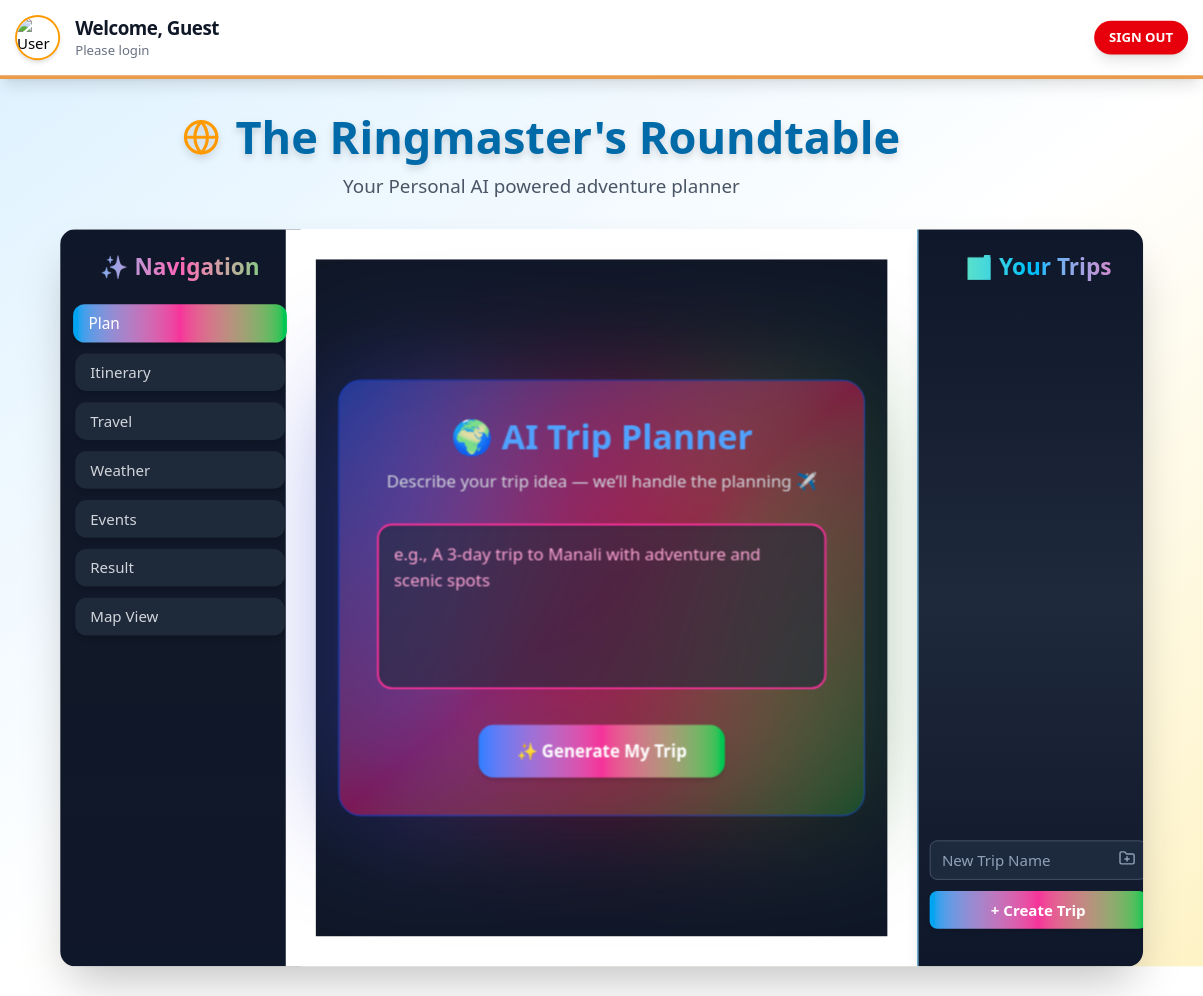
Repository: vega2006/The-Ringmaster-s-Roundtable
Page: /prompt (app in client/)
An editor plug-in stored every save of this project. The page is shown before and after the next save, followed by the edit.
The browser window is 1280 px wide. The pictures show the whole page, at 94% of full size.
The page's requests for data from a server got no answer. The project was rebuilt for these pictures with package versions that can differ from the ones it lists, and the page was loaded fresh each time. No one was signed in, and anything a server would have sent is missing. Also part of the build but not shown: client/vite.config.js, client/src/components/GoogleLogin.jsx, client/src/components/NotFound.jsx, client/src/components/Sidebar.jsx, client/src/components/PlanInput.jsx, client/src/components/WeatherContent.jsx, client/src/components/TravelContent.jsx, client/src/components/ItineraryContent.jsx and 9 more.

Above is the page before, as saved 2025-10-10 20:49:02.

### client/src/App.jsx


import { GoogleOAuthProvider } from "@react-oauth/google";
import GoogleLogin from "./components/GoogleLogin";
import { BrowserRouter, Route, Routes, Navigate } from 'react-router-dom';
import { useState } from 'react';
import RefreshHandler from './components/RefreshHandler';
import NotFound from './components/NotFound';
import Dashboard from "./pages/Dashboard";
import Home from "./pages/Home";
import AIDashboard from "./pages/AIDashboard";
export default function App() {
  const [isAuthenticated, setIsAuthenticated] = useState(false);

  const GoogleWrapper = () => (
    <GoogleOAuthProvider clientId="1054190178825-cc3eg87b9uvh9hfn384ge5sqe5hq9l5v.apps.googleusercontent.com">
      <GoogleLogin />
    </GoogleOAuthProvider>
  );

  const PrivateRoute = ({ element }) => {
    return isAuthenticated ? element : element;
  };

  return (
    <BrowserRouter>
      <RefreshHandler setIsAuthenticated={setIsAuthenticated} />
      <Routes>
        {/* Public route for the Home page, where users can sign in */}
        <Route path="/" element={<Home isAuthenticated={isAuthenticated} />} />

        {/* This is the login page. Redirect to home after login. */}
        <Route path="/login" element={<GoogleWrapper />} />

        {/* This is the protected dashboard route */}
        <Route path='/dashboard' element={<PrivateRoute element={<Dashboard />} />} />
         <Route path='/prompt' element={<PrivateRoute element={<AIDashboard />} />} />

        {/* Catch-all route for invalid URLs */}
        <Route path="*" element={<NotFound />} />
      </Routes>
    </BrowserRouter>
  );
}

### client/src/components/RefreshHandler.jsx
import React, { useEffect } from 'react';
import { useLocation, useNavigate } from 'react-router-dom';

function RefrshHandler({ setIsAuthenticated }) {
    const location = useLocation();
    const navigate = useNavigate();

    useEffect(() => {
        const data = localStorage.getItem('user-info');
        const token = JSON.parse(data)?.token;
        if (token) {
            setIsAuthenticated(true);
            if (location.pathname === '/' ||
                location.pathname === '/login'
            ) {
                navigate('/dashboard', { replace: false });
            }
        }
    }, [location, navigate, setIsAuthenticated])

    return (
        null
    )
}

export default RefrshHandler

### client/src/pages/AIDashboard.jsx
import { TripProvider } from "../contexts/TripContext";
import AppHeader from "../components/AppHeader";
import PromptBasedSidebar from "../components/PromptBasedSideBar";
import MainContent from "../components/MainContent";
import AIContentRouter from "../components/AIContentRouter";
import React, { useEffect, useState } from 'react'
import { useNavigate } from 'react-router-dom';
import RightSidebar from "../components/TabBar";
const AIDashboard = () => {

  const [userInfo, setUserInfo] = useState(null);
  const navigate = useNavigate();

  useEffect(() => {
    const data = localStorage.getItem('user-info');
    const userData = JSON.parse(data);
    setUserInfo(userData);
  }, [])

  const handleLogout = () => {
    localStorage.removeItem('user-info');
    navigate('/login');
  }


  return (
    <div>
      <div className="sticky top-0 z-10 bg-white shadow-lg p-3 sm:p-4 border-b-4 border-amber-600/70">
        <div className="max-w-7xl mx-auto flex justify-between items-center">

          {/* User Info Display */}
          <div className="flex items-center space-x-4">
            <img
              className="w-12 h-12 rounded-full object-cover shadow-md border-2 border-amber-500"
              src={userInfo?.image}
              alt={userInfo?.name || 'User'}
              onError={(e) => { e.target.onerror = null; e.target.src = "https://placehold.co/40x40/FFC107/333?text=?" }}
            />
            <div className="hidden sm:block">
              <h1 className="text-xl font-bold text-gray-900 tracking-tight">Welcome, {userInfo?.name || 'Guest'}</h1>
              <h3 className="text-sm text-gray-500">{userInfo?.email || 'Please login'}</h3>
            </div>
            <div className="sm:hidden text-lg font-bold text-gray-900">
              {userInfo?.name ? `Hello, ${userInfo.name.split(' ')[0]}!` : 'Hello!'}
            </div>
          </div>

          {/* Logout Button (Stylized and positioned on the right) */}
          <button
            onClick={handleLogout}
            className="px-4 py-2 bg-red-600 text-white font-semibold rounded-full shadow-lg hover:bg-red-700
                                   transition duration-150 transform hover:scale-[1.02] active:scale-95
                                   focus:outline-none focus:ring-4 focus:ring-red-300 uppercase text-sm"
          >
            Sign Out
          </button>
        </div>
      </div>

      <TripProvider>

        <div className="min-h-screen bg-gradient-to-br from-sky-100 via-white to-amber-100 font-inter">
          <AppHeader />
          <div className="max-w-6xl mx-auto grid grid-cols-1 md:grid-cols-[240px_1fr_240px] bg-white shadow-2xl rounded-2xl overflow-hidden mt-4 mb-8">
            <PromptBasedSidebar />  {/* Left Sidebar */}

            <MainContent>
              <AIContentRouter />
            </MainContent>        {/* Main content */}

            <RightSidebar userId={userInfo?.id} /> {/* Right Sidebar */}
          </div>

        </div>
      </TripProvider>

    </div>
  )
}
export default AIDashboard

### client/src/api/api.jsx
import axios from "axios";

const API_BASE = `${import.meta.env.VITE_BACKEND_URL}/api`;


const api = axios.create({
    baseURL: "http://localhost:4000/auth/",
    // withCredentials: true,
});

export const googleAuth = (code) => api.get(`/google?code=${code}`);


export const getWeather = (city, travelDate) =>
  axios.get(`${API_BASE}/weather?city=${encodeURIComponent(city)}&travelDate=${encodeURIComponent(travelDate)}`);
;

export const getRoute = (origin, destination, travelDate) =>
  axios.get(`${API_BASE}/maps?origin=${encodeURIComponent(origin)}&destination=${encodeURIComponent(destination)}&travelDate=${encodeURIComponent(travelDate)}`);


export const getEvents = (destination, startTravelDate, endTravelDate) =>
  axios.get(`${API_BASE}/events`, {
    params: {
      city: destination,
      startDate: startTravelDate,
      endDate: endTravelDate,
    },
  });

export const getTripBudget = async (payload) => {
  // console.log(payload);
  return axios.post(`${API_BASE}/budget`, payload);
};


export const getItinerary = async (destination,startDate, endDate) => {
  return axios.post(`${API_BASE}/itinerary/generate`, {
      destination,
      startDate,
      endDate,
    });
};

### client/src/contexts/TripContext.jsx
import { createContext, useContext, useState, useMemo } from "react";
import { getWeather, getRoute, getTripBudget } from "../api/api";
import { API_URL, RESPONSE_SCHEMA } from "../utils/constants";

const TripContext = createContext(null);

export const useTrip = () => {
  const context = useContext(TripContext);
  if (!context) throw new Error("useTrip must be used within a TripProvider");
  return context;
};
const calculateDuration = (start, end) => {
  if (!start || !end) return 0;

  const startDate = new Date(start + "T00:00:00Z");
  const endDate = new Date(end + "T00:00:00Z");

  if (isNaN(startDate.getTime()) || isNaN(endDate.getTime())) return 0;

  const timeDifference = endDate.getTime() - startDate.getTime();

  const dayDifference = Math.round(timeDifference / (1000 * 3600 * 24));

  return Math.max(1, dayDifference + 1);
};
export const TripProvider = ({ children }) => {
  const [itinerary,setItinerary]=useState([]);
  const [events,setEvents]=useState([]);
  const [AIResult,setAIResult]=useState("");
  const [prompt, setPrompt] = useState("");
  const [tripPlan, setTripPlan] = useState(null);
  const [isLoading, setIsLoading] = useState(false);
  const [error, setError] = useState(null);
  const [tabId,setTabId]=useState(null);
  const [city, setCity] = useState("");
  const [origin, setOrigin] = useState("");
  const [destination, setDestination] = useState("");
  const [startTravelDate, setStartTravelDate] = useState("");
  const [endTravelDate, setEndTravelDate] = useState("");

  const [activeTab, setActiveTab] = useState("Plan");
  const [manualWeather, setManualWeather] = useState(null);
  const [manualRoute, setManualRoute] = useState([]);

  const [eventsCache, setEventsCache] = useState({});
  const [budgetEstimate, setBudgetEstimate] = useState(null);
  const [numPeople, setNumPeople] = useState(1);

  const isLLMPlanning = useMemo(() => prompt.trim().length > 0, [prompt]);
  const isManualLookup = useMemo(
    () => !isLLMPlanning && (city || (origin && destination)),
    [isLLMPlanning, city, origin, destination]
  );
  const isResultAvailable = tripPlan || manualWeather || manualRoute;

  const generateTripPlan = async () => {
    if (!isLLMPlanning && !isManualLookup) {
      setError(
        "Please enter a detailed prompt OR fill out the City/Route fields."
      );
      return;
    }

    setIsLoading(true);
    setError(null);
    setTripPlan(null);
    setManualWeather(null);
    setManualRoute(null);

    if (isLLMPlanning) {
      // setActiveTab("Itinerary");
      // let fullPrompt = prompt;
      // if (city) fullPrompt += ` (Focus City: ${city})`;
      // if (origin && destination)
      //   fullPrompt += ` (Route: ${origin} to ${destination})`;
      // if (startTravelDate) fullPrompt += ` (Starting Date: ${startTravelDate})`;

      // const payload = {
      //   contents: [{ parts: [{ text: fullPrompt }] }],
      //   systemInstruction: {
      //     parts: [{ text: "Generate a structured trip plan." }],
      //   },
      //   generationConfig: {
      //     responseMimeType: "application/json",
      //     responseSchema: RESPONSE_SCHEMA,
      //   },
      //   tools: [{ google_search: {} }],
      // };

      // try {
      //   const res = await fetch(API_URL, {
      //     method: "POST",
      //     headers: { "Content-Type": "application/json" },
      //     body: JSON.stringify(payload),
      //   });

      //   const result = await res.json();
      //   const jsonText = result.candidates?.[0]?.content?.parts?.[0]?.text;
      //   setTripPlan(jsonText ? JSON.parse(jsonText) : null);
      // } catch (err) {
      //   setError(`Failed to process the plan: ${err.message}`);
      // }
    } else {
      setActiveTab("Weather");
      const tripDuration = calculateDuration(startTravelDate, endTravelDate);
      setTripPlan({ ...tripPlan, duration_days: tripDuration });
      if (city && startTravelDate) {
        const weatherRes = await getWeather(city, startTravelDate);
        setManualWeather(weatherRes.data);
        // console.log(weatherRes.data);
      }
      if (origin && destination && startTravelDate) {
        const routeRes = await getRoute(origin, destination, startTravelDate);
        setManualRoute({
          origin,
          destination,
          routes:routeRes.data,
        });
      }
      if (origin && destination && startTravelDate && endTravelDate) {
            try {
                const tripData = {
                    origin,
                    destination,
                    startTravelDate,
                    endTravelDate,

                    numPeople: numPeople,
                };


                const budgetRes = await getTripBudget(tripData);
                // console.log(budgetRes.data);


                setBudgetEstimate(budgetRes.data);
                // console.log(budgetEstimate);

                setActiveTab("Budget");

            } catch (err) {
                console.error("Budget estimation failed:", err);
                setError("Failed to calculate budget. Please check server connection.");
            }
        }
    }
    setIsLoading(false);
  };

  return (
    <TripContext.Provider
      value={{
        activeTab,
        setActiveTab,
        isLoading,
        error,
        isResultAvailable,
        prompt,
        setPrompt,
        city,
        setCity,
        origin,
        setOrigin,
        destination,
        setDestination,
        startTravelDate,
        setStartTravelDate,
        endTravelDate,
        setEndTravelDate,
        tripPlan,
        manualWeather,
        setManualWeather,
        manualRoute,
        setManualRoute,
        generateTripPlan,
        isLLMPlanning,
        isManualLookup,
        eventsCache,
        setEventsCache,
        numPeople,
        setNumPeople,
        budgetEstimate,
        setBudgetEstimate,
        events,
        setEvents,
        itinerary,
        setItinerary,
        AIResult,
        setAIResult,
        tabId,
        setTabId
      }}
    >
      {children}
    </TripContext.Provider>
  );
};

### client/src/components/AppHeader.jsx
import React from 'react';
import { Globe } from 'lucide-react';

const AppHeader = () => (
    <div className="w-full max-w-6xl text-center pt-8 pb-4">
        <h1 className="text-4xl sm:text-5xl font-extrabold text-sky-700 drop-shadow-lg leading-tight flex items-center justify-center">
            <Globe className="w-8 h-8 sm:w-10 sm:h-10 mr-4 text-amber-500" />
            The Ringmaster's Roundtable
        </h1>
        <p className="text-center text-lg sm:text-xl text-gray-600 mt-2">Your Personal AI powered adventure planner</p>
    </div>
);

export default AppHeader;

### client/src/components/MainContent.jsx
export default function MainContent({ children }) {
  return (
    <main className="p-8 bg-white overflow-y-auto">
      {children}
    </main>
  );
}

### client/src/components/PlanByPrompt.jsx
import { useState } from "react";
import { useTrip } from "../contexts/TripContext";
import { motion } from "framer-motion";

const getTodayDate = () => {
  const today = new Date();
  const year = today.getFullYear();
  const month = String(today.getMonth() + 1).padStart(2, "0");
  const day = String(today.getDate()).padStart(2, "0");
  return `${year}-${month}-${day}`;
};

export default function PlanByPrompt() {
  const [prompt, setPrompt] = useState("");
  const [isLoading, setIsLoading] = useState(false);
  const {
    setActiveTab,
    setOrigin,
    setDestination,
    setManualWeather,
    setItinerary,
    setManualRoute,
    setEvents,
    setAIResult,
    tabId
  } = useTrip();

  const userData = JSON.parse(localStorage.getItem("user-info"));
  const userId = userData?.userId;

  const generate = async () => {
    if (!prompt.trim()) {
      alert("Please describe your trip before generating!");
      return;
    }

    setIsLoading(true);
    try {
      const response = await fetch("http://localhost:4000/api/mcp-server", {
        method: "POST",
        headers: { "Content-Type": "application/json" },
        body: JSON.stringify({ prompt, userId, tripId: tabId }),
      });

      const data = await response.json();
      setOrigin(data.trip.origin);
      setDestination(data.trip.destination);
      setManualWeather(data.trip.weather);
      setItinerary(data.trip.itinerary);
      setManualRoute({
        origin: data.trip.origin,
        destination: data.trip.destination,
        routes: data.trip.route,
      });
      setEvents(data.trip.events);
      setAIResult(data.trip.finalResponse.kwargs.content);
      setActiveTab("Result");
    } catch (err) {
      console.error("Error generating trip plan:", err);
      alert("Failed to generate trip plan. Please try again.");
    } finally {
      setIsLoading(false);
    }
  };

  return (
    <div className="min-h-screen flex items-center justify-center bg-gray-900 p-6">
      <motion.div
        initial={{ opacity: 0, y: 40 }}
        animate={{ opacity: 1, y: 0 }}
        transition={{ duration: 0.6, ease: "easeOut" }}
        className="relative w-full max-w-3xl rounded-3xl shadow-2xl bg-gradient-to-br from-blue-900 via-pink-900 to-green-900/80 border border-blue-700 p-10 backdrop-blur-md"
      >
        {/* Header */}
        <h1 className="text-4xl font-extrabold text-center mb-3 text-blue-400">
          🌍 AI Trip Planner
        </h1>
        <p className="text-gray-300 text-center mb-8 text-lg">
          Describe your trip idea — we’ll handle the planning ✈️
        </p>

        {/* Prompt Box */}
        <motion.textarea
          whileFocus={{ scale: 1.02 }}
          placeholder="e.g., A 3-day trip to Manali with adventure and scenic spots"
          value={prompt}
          onChange={(e) => setPrompt(e.target.value)}
          rows="5"
          className="w-full p-4 rounded-2xl border-2 border-pink-500 shadow-inner focus:ring-2 focus:ring-green-400 outline-none text-lg resize-none bg-gray-800/60 text-white placeholder-pink-300 transition-all duration-200"
        />

        {/* Generate Button */}
        <div className="flex justify-center mt-8">
          <motion.button
            whileHover={{ scale: 1.05 }}
            whileTap={{ scale: 0.97 }}
            onClick={generate}
            disabled={isLoading}
            className={`px-10 py-3.5 text-lg font-semibold rounded-2xl shadow-md transition-all duration-300
              ${
                isLoading
                  ? "bg-green-600 cursor-not-allowed text-gray-200"
                  : "bg-gradient-to-r from-blue-500 via-pink-500 to-green-500 text-white hover:shadow-lg"
              }`}
          >
            {isLoading ? "Planning your adventure..." : "✨ Generate My Trip"}
          </motion.button>
        </div>

        {/* Decorative Glow */}
        <div className="absolute -z-10 inset-0 rounded-3xl blur-3xl opacity-50 bg-gradient-to-r from-blue-700 via-pink-700 to-green-700"></div>
      </motion.div>
    </div>
  );
}

### client/src/components/PromptBasedSideBar.jsx
import { useTrip } from "../contexts/TripContext";
import { TABS } from "../utils/PromptBasedConstants";

export default function PromptBasedSidebar() {
  const { activeTab, setActiveTab, isResultAvailable } = useTrip();

  return (
    <aside className="bg-gradient-to-b from-[#0f172a] via-[#111827] to-[#0f172a] border-r border-gray-800 py-6 px-4 w-64 flex flex-col shadow-xl overflow-y-auto scrollbar-thin scrollbar-thumb-sky-600 scrollbar-track-sky-900">
      <h2 className="text-2xl font-semibold mb-6 text-center text-transparent bg-clip-text bg-gradient-to-r from-sky-400 via-pink-400 to-green-400">
        ✨ Navigation
      </h2>

      <nav className="flex flex-col space-y-3">
        {TABS.map((tab) => {
          const isDisabled = tab !== "Plan" && !isResultAvailable;
          const isActive = activeTab === tab;

          return (
            <button
              key={tab}
              disabled={isDisabled}
              onClick={() => !isDisabled && setActiveTab(tab)}
              className={`px-4 py-2 rounded-xl font-medium text-left transition-all duration-300 shadow-md
                ${
                  isActive
                    ? "bg-gradient-to-r from-sky-500 via-pink-500 to-green-500 text-white shadow-lg scale-[1.02]"
                    : "bg-gray-800 text-gray-300 hover:bg-gradient-to-r hover:from-sky-900 hover:via-pink-900 hover:to-green-900 hover:text-white"
                }
                ${isDisabled ? "opacity-50 cursor-not-allowed" : ""}
              `}
            >
              {tab}
            </button>
          );
        })}
      </nav>
    </aside>
  );
}

### client/src/components/AIContentRouter.jsx
import { useTrip } from "../contexts/TripContext";
import PlanByPrompt from "./PlanByPrompt";
import WeatherContent from "./WeatherContent";
import TravelContent from "./TravelContent";
import PromptBasedItinerary from "./PromptBasedItinerary";
import BudgetContent from "./BudgetContent";
import PromptBasedEvents from "./PromptBasedEvents";
import AIresult from "./AIresult";
import GoogleMapView from "./GoogleMapView";
export default function AIContentRouter() {
  const { activeTab } = useTrip();

  switch (activeTab) {
    case "Plan": return <PlanByPrompt/>;
    case "Result": return <AIresult/>;
    case "Weather": return <WeatherContent />;
    case "Travel": return <TravelContent />;
    case "Itinerary": return <PromptBasedItinerary/>;
    case "Budget": return <BudgetContent />;
    case "Events": return < PromptBasedEvents/>;
    case "Map View": return < GoogleMapView/>;
    default: return <PlanByPrompt />;
  }
}

### client/src/utils/constants.jsx
export const API_KEY = "";
export const API_URL = `https://generativelanguage.googleapis.com/v1beta/models/gemini-2.5-flash-preview-05-20:generateContent?key=${API_KEY}`;

export const TABS = ["Plan", "Itinerary", "Budget", "Travel", "Weather", "Events","Result"];

export const RESPONSE_SCHEMA = {
  type: "OBJECT",
  properties: {
    destination: { type: "STRING" },
    duration_days: { type: "NUMBER" },
    summary: { type: "STRING" },
    itinerary: {
      type: "ARRAY",
      items: {
        type: "OBJECT",
        properties: {
          day: { type: "NUMBER" },
          date: { type: "STRING" },
          activities: { type: "ARRAY", items: { type: "STRING" } },
        },
      },
    },
  },
};

### client/src/utils/PromptBasedConstants.jsx
export const API_KEY = "";
export const API_URL = `https://generativelanguage.googleapis.com/v1beta/models/gemini-2.5-flash-preview-05-20:generateContent?key=${API_KEY}`;

export const TABS = ["Plan", "Itinerary","Travel", "Weather", "Events","Result","Map View"];

export const RESPONSE_SCHEMA = {
  type: "OBJECT",
  properties: {
    destination: { type: "STRING" },
    duration_days: { type: "NUMBER" },
    summary: { type: "STRING" },
    itinerary: {
      type: "ARRAY",
      items: {
        type: "OBJECT",
        properties: {
          day: { type: "NUMBER" },
          date: { type: "STRING" },
          activities: { type: "ARRAY", items: { type: "STRING" } },
        },
      },
    },
  },
};

Loaded but not shown: client/index.html (common file); client/src/main.jsx (common file); client/src/index.css (common file); client/src/components/TabBar.jsx (186 lines, source omitted)

After the next save:
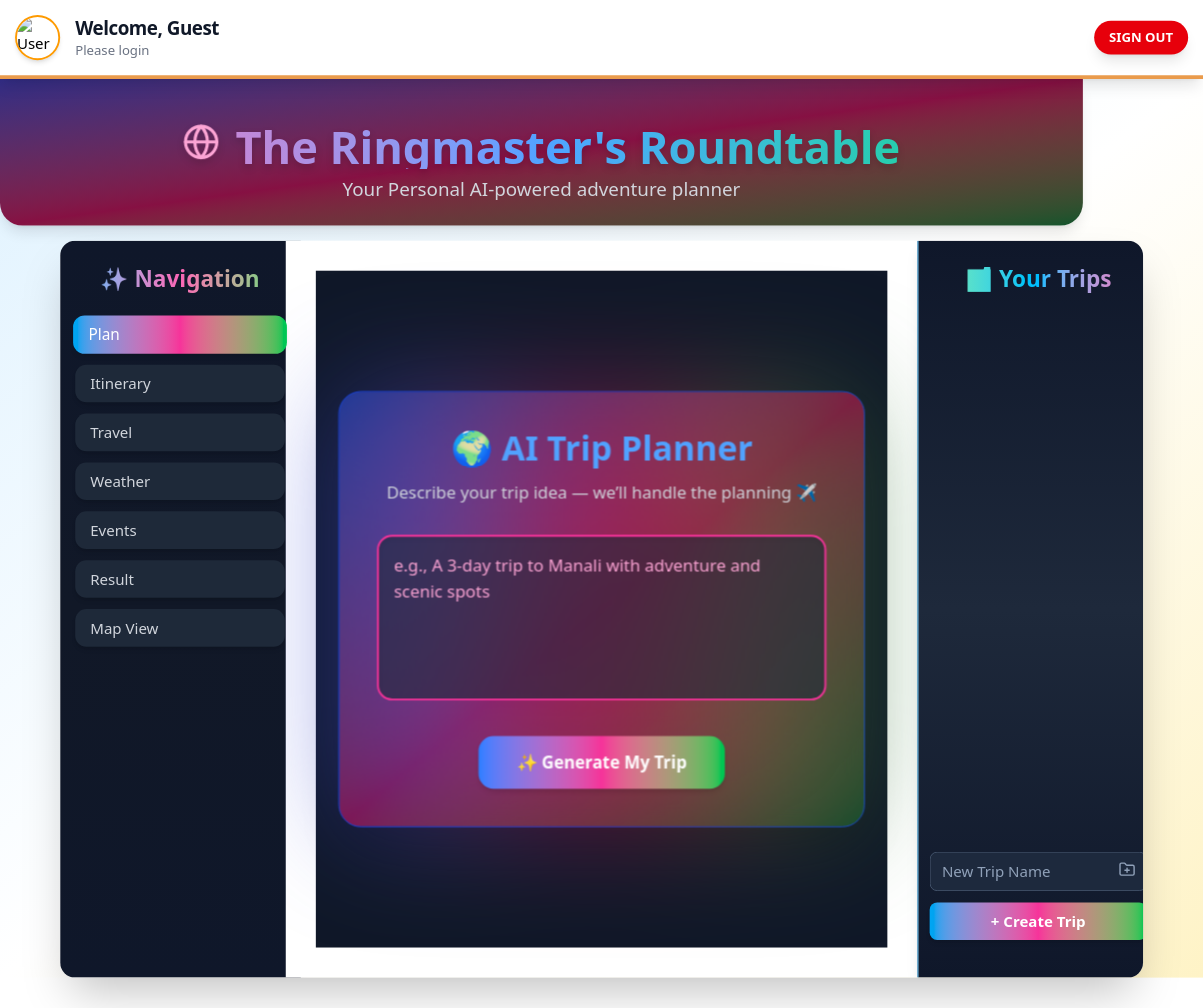
Saved 59 s later.
--- a/client/src/components/AppHeader.jsx
+++ b/client/src/components/AppHeader.jsx
@@ -2,13 +2,15 @@ import React from 'react';
 import { Globe } from 'lucide-react';
 
 const AppHeader = () => (
-    <div className="w-full max-w-6xl text-center pt-8 pb-4">
-        <h1 className="text-4xl sm:text-5xl font-extrabold text-sky-700 drop-shadow-lg leading-tight flex items-center justify-center">
-            <Globe className="w-8 h-8 sm:w-10 sm:h-10 mr-4 text-amber-500" />
-            The Ringmaster's Roundtable
-        </h1>
-        <p className="text-center text-lg sm:text-xl text-gray-600 mt-2">Your Personal AI powered adventure planner</p>
-    </div>
+  <div className="w-full max-w-6xl text-center pt-12 pb-6 bg-gradient-to-br from-indigo-900 via-pink-900 to-green-900 rounded-b-3xl shadow-lg">
+    <h1 className="text-4xl sm:text-5xl font-extrabold text-transparent bg-clip-text bg-gradient-to-r from-pink-400 via-blue-400 to-green-400 drop-shadow-lg flex items-center justify-center mx-auto">
+      <Globe className="w-8 h-8 sm:w-10 sm:h-10 mr-4 text-pink-300 animate-bounce" />
+      The Ringmaster's Roundtable
+    </h1>
+    <p className="text-center text-lg sm:text-xl text-gray-300 mt-2">
+      Your Personal AI-powered adventure planner
+    </p>
+  </div>
 );
 
 export default AppHeader;
